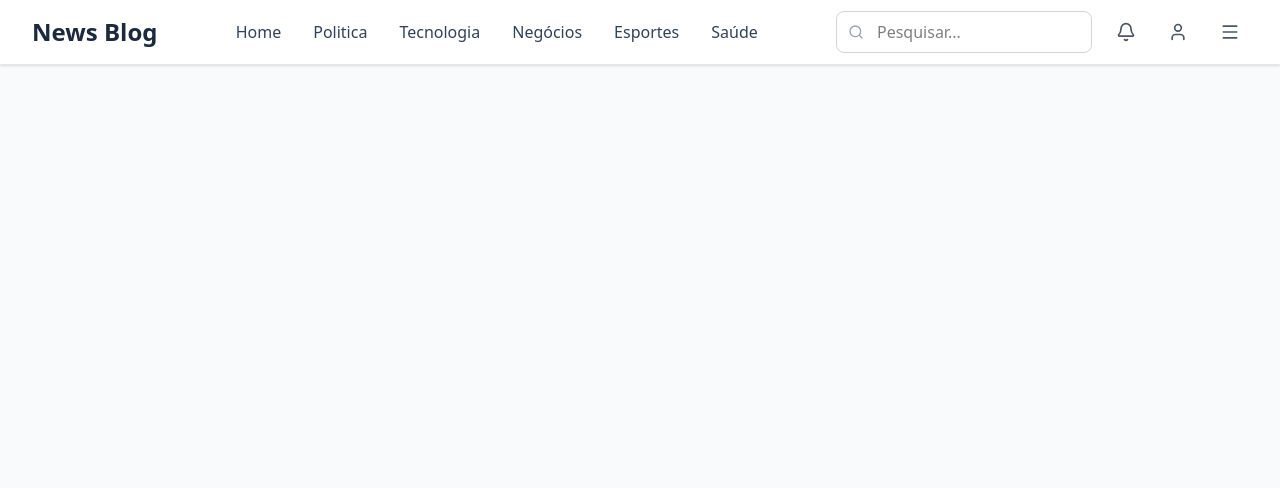
Repository: estevam02009/news-blog
Page: /
These files come from the project's save history. The page is drawn as it stood at one moment and after the next save; the edit follows.
The browser window is 1280 px wide. The pictures show the whole page.
The project was rebuilt for these pictures with package versions that can differ from the ones it lists, and the page was loaded fresh each time. Also part of the build but not shown: vite.config.ts.

Above is the page before, as saved 2025-08-08 17:18:35.

### index.html
<!doctype html>
<html lang="pt-BR">
  <head>
    <meta charset="UTF-8" />
    <link rel="icon" type="image/svg+xml" href="/vite.svg" />
    <meta name="viewport" content="width=device-width, initial-scale=1.0" />
    <title>News Blog</title>
  </head>
  <body>
    <div id="root"></div>
    <script type="module" src="/src/main.tsx"></script>
  </body>
</html>

### src/App.tsx
import Header from "./components/Header"

function App() {

  return (
    <div className="min-h-screen bg-gray-50">
      <Header />
    </div>
  )
}

export default App

### src/components/Header.tsx
import React from 'react'
import { Search, Menu, Bell, User } from 'lucide-react'

const Header: React.FC = () => {
    return (
        <header className='bg-white shadow-sm border-b border-gray-200 sticky top-0 z-50'>
            <div className='max-w-7xl mx-auto px-4 sm:px-6 lg:px-8'>
                <div className='flex items-center justify-between h-16'>
                    {/* LOGO */}
                    <div className='flex items-center'>
                        <h1 className='text-2xl font-bold text-slate-800'>News Blog</h1>
                    </div>

                    {/* Desktop Navigation */}
                    <nav className='hidden md:flex items-center space-x-8'>
                        <a href='/' className='text-slate-700 hover:text-blue-600 font-medium transition-colors'>Home</a>
                        <a href='#' className='text-slate-700 hover:text-blue-600 font-medium transition-colors'>Politica</a>
                        <a href='#' className='text-slate-700 hover:text-blue-600 font-medium transition-colors'>Tecnologia</a>
                        <a href='#' className='text-slate-700 hover:text-blue-600 font-medium transition-colors'>Negócios</a>
                        <a href='#' className='text-slate-700 hover:text-blue-600 font-medium transition-colors'>Esportes</a>
                        <a href='#' className='text-slate-700 hover:text-blue-600 font-medium transition-colors'>Saúde</a>
                    </nav>

                    {/* Pesquisa e Ações */}
                    <div className='flex items-center space-x-4'>
                        <div className='relative hidden sm:block'>
                            <Search className='absolute top-1/2 left-3 transform -translate-y-1/2  h-4 w-4 text-gray-400' />
                            <input
                                type='text'
                                placeholder='Pesquisar...'
                                className='pl-10 pr-4 py-2 border border-gray-300 rounded-lg focus:ring-2 focus:ring-blue-500 focus:border-transparent w-64'
                            />
                        </div>
                        <button className='p-2 text-gray-600 hover:text-blue-600 transition-colors'>
                            <Bell className='h-5 w-5' />
                        </button>
                        <button className='p-2 text-gray-600 hover:text-blue-600 transition-colors'>
                            <User className='h-5 w-5' />
                        </button>
                        <button className='p-2 text-gray-600 hover:text-blue-600 transition-colors'>
                            <Menu className='h-5 w-5' />
                        </button>
                    </div>
                </div>
            </div>
        </header>
    )
}

export default Header

### src/components/Hero.tsx
import React from "react";
// import { Clock, User } from "lucide-react";

const Hero: React.FC = () => {
    return (
        <div className="bg-cover bg-center h-96 relative">
            <div className="absolute inset-0 bg-black opacity-50"></div>
            <div className="relative z-10 flex flex-col items-center justify-center h-full">
                <h1 className="text-4xl font-bold text-white mb-4">Bem-vindo ao News Blog</h1>
                <p className="text-lg text-white">
                    Explore as últimas notícias e artigos sobre diversas categorias.
                </p>
            </div>
        </div>
    );
};

export default Hero;

Loaded but not shown: src/main.tsx (common file); src/index.css (common file)

After the next save:
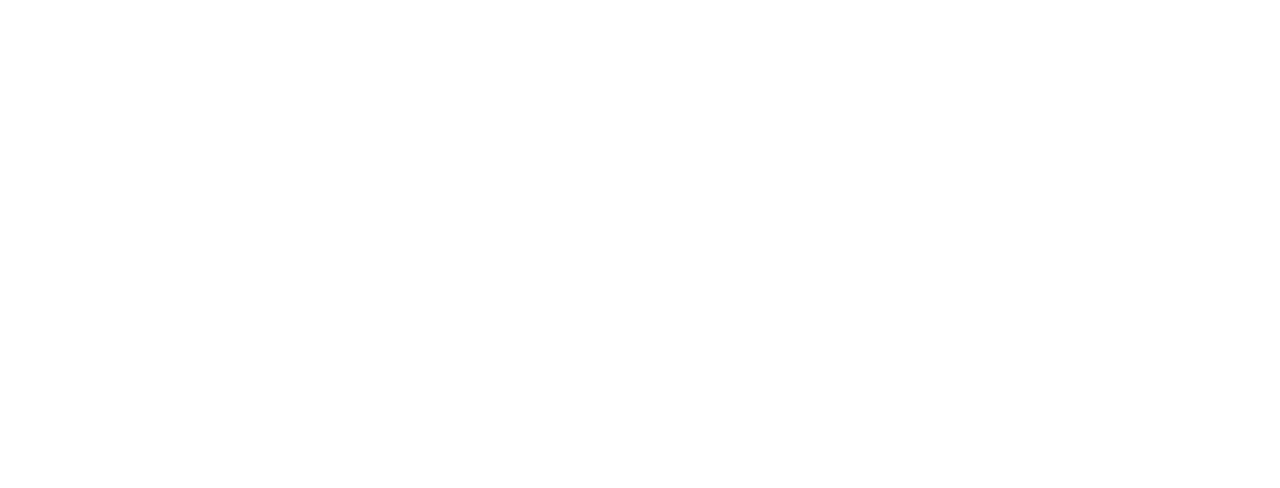
Console error: ReferenceError: Hero is not defined
Saved 27 s later.
--- a/src/App.tsx
+++ b/src/App.tsx
@@ -1,10 +1,12 @@
 import Header from "./components/Header"
+import type Hero from "./components/Hero"
 
 function App() {
 
   return (
     <div className="min-h-screen bg-gray-50">
       <Header />
+      <Hero />
     </div>
   )
 }

After the save that followed:
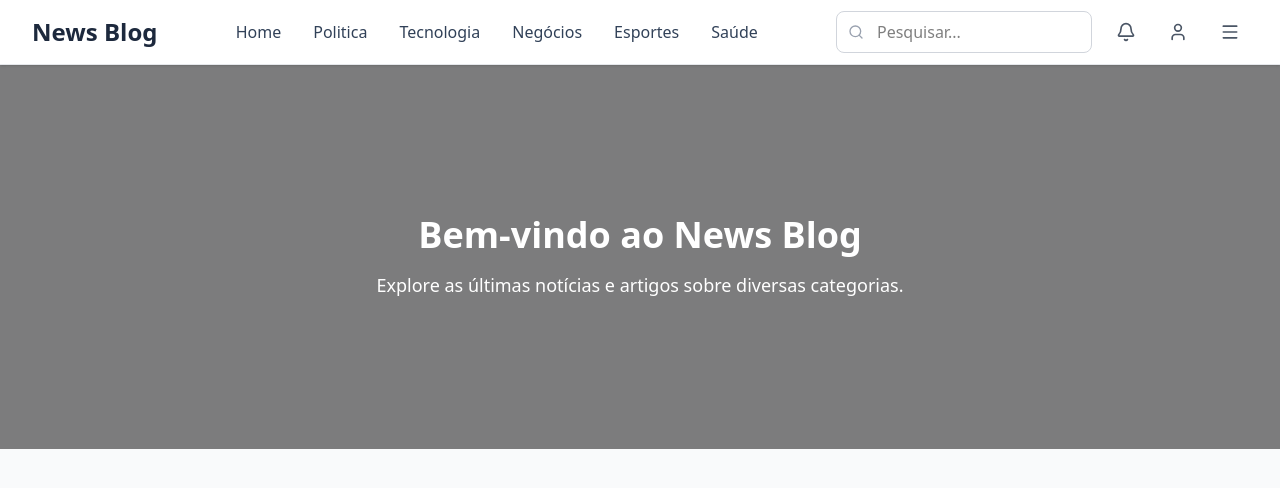
The error is gone.
Saved 15 s later.
--- a/src/App.tsx
+++ b/src/App.tsx
@@ -1,5 +1,5 @@
 import Header from "./components/Header"
-import type Hero from "./components/Hero"
+import Hero from "./components/Hero"
 
 function App() {
 
